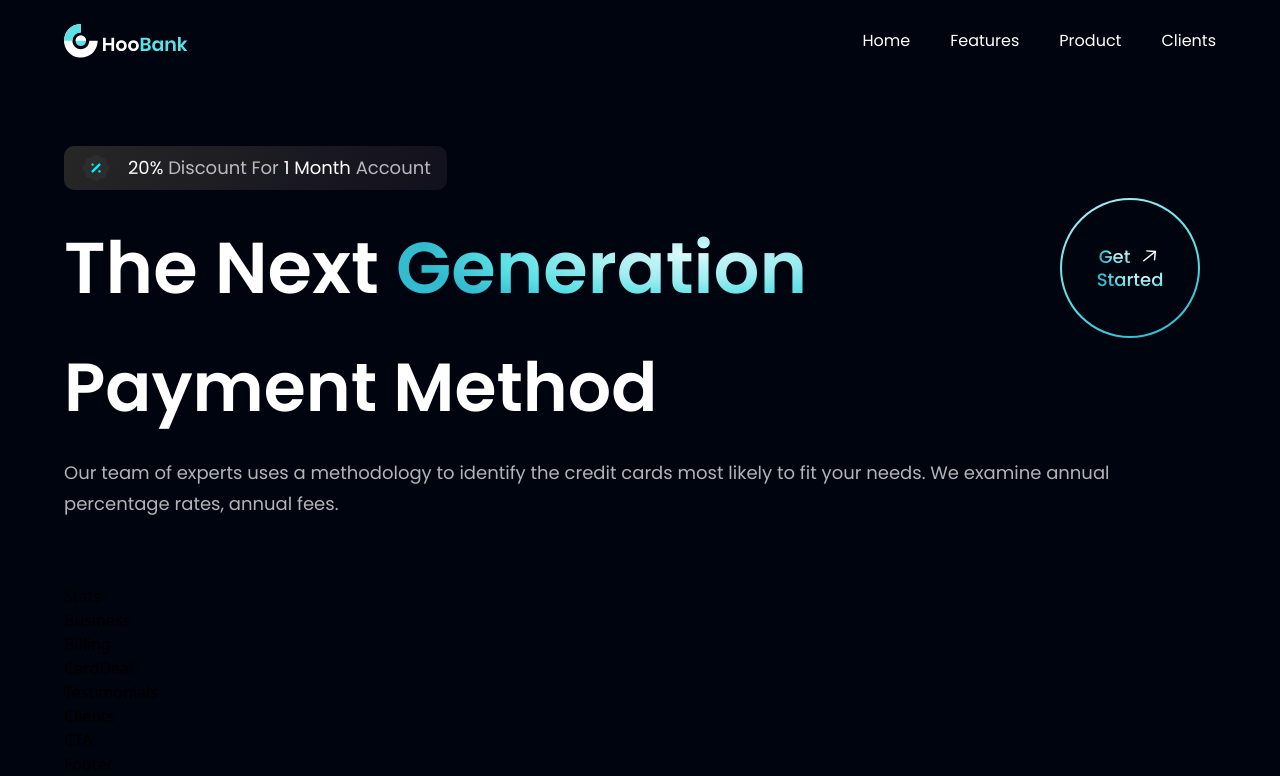
Repository: Carlito-Pedida/modern-app
Page: /
The author's editor kept a copy of each file at every save. The page is drawn from the files as they stood at one save, then again after the next save.
The browser window is 1280 px wide. The pictures show the whole page.
The project was rebuilt for these pictures with package versions that can differ from the ones it lists, and the page was loaded fresh each time. Also part of the build but not shown: vite.config.js.

Above is the page before, as saved 2024-11-16 08:06:01.

### src/App.jsx
import styles from "./style";
import {
  Navbar,
  Billing,
  CardDeal,
  Business,
  Clients,
  CTA,
  Stats,
  Footer,
  Testimonials,
  Hero,
} from "./components";

const App = () =>  {
  return (
    <div className="bg-primary w-full overflow-hidden">
      <div className={`${styles.paddingX} ${styles.flexCenter}`}>
        <div className={`${styles.boxWidth}`}>
          <Navbar/>
        </div>
      </div>

      <div className={`bg-primary ${styles.flexStart}`}>
        <div className={`${styles.boxWidth}`}>
          <Hero/>
        </div>
      </div>

      <div className={`bg-primary ${styles.paddingX} ${styles.flexStart}`}>
        <div className={`${styles.boxWidth}`}>
          <Stats/>
          <Business/>
          <Billing/>
          <CardDeal/>
          <Testimonials/>
          <Clients/>
          <CTA/>
          <Footer/>
        </div>
      </div>

    </div>
  )
}

export default App

### src/style.js
const styles = {
  boxWidth: "xl:max-w-[1280px] w-full",

  heading2: "font-poppins font-semibold xs:text-[48px] text-[40px] text-white xs:leading-[76.8px] leading-[66.8px] w-full",
  paragraph: "font-poppins font-normal text-dimWhite text-[18px] leading-[30.8px]",

  flexCenter: "flex justify-center items-center",
  flexStart: "flex justify-center items-start",

  paddingX: "sm:px-16 px-6",
  paddingY: "sm:py-16 py-6",
  padding: "sm:px-16 px-6 sm:py-12 py-4",

  marginX: "sm:mx-16 mx-6",
  marginY: "sm:my-16 my-6",
};

export const layout = {
  section: `flex md:flex-row flex-col ${styles.paddingY}`,
  sectionReverse: `flex md:flex-row flex-col-reverse ${styles.paddingY}`,

  sectionImgReverse: `flex-1 flex ${styles.flexCenter} md:mr-10 mr-0 md:mt-0 mt-10 relative`,
  sectionImg: `flex-1 flex ${styles.flexCenter} md:ml-10 ml-0 md:mt-0 mt-10 relative`,

  sectionInfo: `flex-1 ${styles.flexStart} flex-col`,
};

export default styles;

### src/components/index.js
import Navbar from "./Navbar";
import Billing from "./Billing";
import CardDeal from "./CardDeal";
import Business from "./Business";
import Clients from "./Clients";
import CTA from "./CTA";
import Stats from "./Stats";
import Footer from "./Footer";
import Testimonials from "./Testimonials";
import Hero from "./Hero";
import GetStarted from "./GetStarted";
export {
  Navbar,
  Billing,
  CardDeal,
  Business,
  Clients,
  CTA,
  Stats,
  Footer,
  Testimonials,
  Hero,
  GetStarted
};

### src/components/Navbar.jsx
import React from 'react';
import {useState} from "react";
import { close, logo, menu } from "../assets";
import {navLinks} from "../constants"

const Navbar = () => {
const [toggle, setToggle] = useState(false)

  return (
    <nav className="w-full flex py-6 justify-between items-center navbar">
      <img src={logo} alt='hoobank' className='w-[124px] h-[32px ]' />

      <ul className='list-none sm:flex hidden justify-end items-center flex-1'>
        { navLinks.map((nav, index) => (
          <li key={nav.id} className={`font-poppins font-normal cursor-pointer text-[16px] ${index === navLinks.length - 1 ? 'mr-0' : "mr-10"} text-white`}>
              <a href={`#${nav.id}`}>
                {nav.title}
              </a>
          </li>
        ))
        }
      </ul>

      <div className='sm:hidden flex flex-1 justify-end items-center'>
        <img src={toggle ? close : menu} alt='menu' className='w-[28px] h-[28px] object-contain' onClick={() => setToggle((prev) => !prev)} />

        <div className={`${toggle ? 'flex' : 'hidden'} p-6 bg-black-gradient absolute top-20 right-0 mx-4 my-2 min-w-[140px] rounded-xl sidebar`}>
        <ul className='list-none sm:flex flex-col justify-end items-center flex-1'>
        { navLinks.map((nav, index) => (
          <li key={nav.id} className={`font-poppins font-normal cursor-pointer text-[16px] ${index === navLinks.length - 1 ? 'mr-0' : "mb-4"} text-white`}>
              <a href={`#${nav.id}`}>
                {nav.title}
              </a>
          </li>
        ))
        }
      </ul>
        </div>
      </div>
    </nav>
  )
}

export default Navbar

### src/components/Hero.jsx
import styles from '../style'
import {discount, robot} from '../assets'
import GetStarted from './GetStarted'

const Hero = () => (
    <section id='home' className={`flex md:flex flex-col ${styles.paddingY}`}>
        <div className={`flex-1 ${styles.flexStart} flex-col xl:px-0 sm:px-16 px-6`}>
      <div className='flex flex-row items-center py-[6px] px-4 bg-discount-gradient rounded-[10px] mb-2'>
        <img src={discount} alt='discount'
        className='w-[32px] h-[32px]' />
          <p className={`${styles.paragraph} ml-4`}>
          <span className='text-white'>20%</span> Discount For {" "}
          <span className='text-white'>1 Month</span> Account
        </p>
      </div>

      <div className='flex flex-row justify-between items-center w-full'>
        <h1 className='flex-1 font-poppins font-semibold ss:text-[72px] text-[52px] text-white ss:leading-[100px]'>
          The Next <br className='"sm:block hidden'/>
          <span className='text-gradient'>Generation</span>
        </h1>

        <div className='ss:flex hidden md:mr-4 mr-0'>
          <GetStarted />
        </div>
      </div>

      <h1 className='font-poppins font-semibold ss:text-[68px] text-[52px] text-white ss:leading-[100px] w-full'>Payment Method</h1>

      <p className={`${styles.paragraph} max-w-470px mt-5`}>Our team of experts uses a methodology to identify the credit cards most likely to fit your needs.
      We examine annual percentage rates, annual fees.</p>
        </div>
    </section>
  )


export default Hero

### src/components/GetStarted.jsx
import styles from "../style"
import { arrowUp } from "../assets"

const GetStarted = () => (
    <div className={`${styles.flexCenter} w-[140px] h-[140px] rounded-full bg-blue-gradient p-[2px] cursor-pointer`}>
      <div className={`${styles.flexCenter} flex-col bg-primary w-[100%] h-[100%] rounded-full`} >
        <div className={`${styles.flexStart} flex-row`}>
          <p className="font-poppins font-medium text-[18px] leading-[23px] mr-2">
            <span className="text-gradient">Get</span>
          </p>
          <img src={arrowUp} alt="arrow" className="w-[23px] h-[23px] object-contain"/>
        </div>
        <p className="font-poppins font-medium text-[18px] leading-[23px]">
            <span className="text-gradient">Started</span>
          </p>
      </div>
    </div>
  )


export default GetStarted

### src/assets/index.js
import airbnb from "./airbnb.png";
import bill from "./bill.png";
import binance from "./binance.png";
import card from "./card.png";
import coinbase from "./coinbase.png";
import dropbox from "./dropbox.png";
import logo from "./logo.svg";
import quotes from "./quotes.svg";
import robot from "./robot.png";
import send from "./Send.svg";
import shield from "./Shield.svg";
import star from "./Star.svg";
import menu from "./menu.svg";
import close from "./close.svg";
import google from "./google.svg";
import apple from "./apple.svg";
import arrowUp from "./arrow-up.svg";
import discount from "./Discount.svg";
import facebook from "./facebook.svg";
import instagram from "./instagram.svg";
import linkedin from "./linkedin.svg";
import twitter from "./twitter.svg";
import people01 from "./people01.png";
import people02 from "./people02.png";
import people03 from "./people03.png";

export {
  airbnb,
  bill,
  binance,
  card,
  coinbase,
  dropbox,
  logo,
  quotes,
  robot,
  send,
  shield,
  star,
  menu,
  close,
  google,
  apple,
  arrowUp,
  discount,
  facebook,
  instagram,
  linkedin,
  twitter,
  people01,
  people02,
  people03,
};

### src/constants/index.js
import { people01, people02, people03, facebook, instagram, linkedin, twitter, airbnb, binance, coinbase, dropbox, send, shield, star  } from "../assets";

export const navLinks = [
  {
    id: "home",
    title: "Home",
  },
  {
    id: "features",
    title: "Features",
  },
  {
    id: "product",
    title: "Product",
  },
  {
    id: "clients",
    title: "Clients",
  },
];

export const features = [
  {
    id: "feature-1",
    icon: star,
    title: "Rewards",
    content:
      "The best credit cards offer some tantalizing combinations of promotions and prizes",
  },
  {
    id: "feature-2",
    icon: shield,
    title: "100% Secured",
    content:
      "We take proactive steps make sure your information and transactions are secure.",
  },
  {
    id: "feature-3",
    icon: send,
    title: "Balance Transfer",
    content:
      "A balance transfer credit card can save you a lot of money in interest charges.",
  },
];

export const feedback = [
  {
    id: "feedback-1",
    content:
      "Money is only a tool. It will take you wherever you wish, but it will not replace you as the driver.",
    name: "Herman Jensen",
    title: "Founder & Leader",
    img: people01,
  },
  {
    id: "feedback-2",
    content:
      "Money makes your life easier. If you're lucky to have it, you're lucky.",
    name: "Steve Mark",
    title: "Founder & Leader",
    img: people02,
  },
  {
    id: "feedback-3",
    content:
      "It is usually people in the money business, finance, and international trade that are really rich.",
    name: "Kenn Gallagher",
    title: "Founder & Leader",
    img: people03,
  },
];

export const stats = [
  {
    id: "stats-1",
    title: "User Active",
    value: "3800+",
  },
  {
    id: "stats-2",
    title: "Trusted by Company",
    value: "230+",
  },
  {
    id: "stats-3",
    title: "Transaction",
    value: "$230M+",
  },
];

export const footerLinks = [
  {
    title: "Useful Links",
    links: [
      {
        name: "Content",
        link: "https://www.hoobank.com/content/",
      },
      {
        name: "How it Works",
        link: "https://www.hoobank.com/how-it-works/",
      },
      {
        name: "Create",
        link: "https://www.hoobank.com/create/",
      },
      {
        name: "Explore",
        link: "https://www.hoobank.com/explore/",
      },
      {
        name: "Terms & Services",
        link: "https://www.hoobank.com/terms-and-services/",
      },
    ],
  },
  {
    title: "Community",
    links: [
      {
        name: "Help Center",
        link: "https://www.hoobank.com/help-center/",
      },
      {
        name: "Partners",
        link: "https://www.hoobank.com/partners/",
      },
      {
        name: "Suggestions",
        link: "https://www.hoobank.com/suggestions/",
      },
      {
        name: "Blog",
        link: "https://www.hoobank.com/blog/",
      },
      {
        name: "Newsletters",
        link: "https://www.hoobank.com/newsletters/",
      },
    ],
  },
  {
    title: "Partner",
    links: [
      {
        name: "Our Partner",
        link: "https://www.hoobank.com/our-partner/",
      },
      {
        name: "Become a Partner",
        link: "https://www.hoobank.com/become-a-partner/",
      },
    ],
  },
];

export const socialMedia = [
  {
    id: "social-media-1",
    icon: instagram,
    link: "https://www.instagram.com/",
  },
  {
    id: "social-media-2",
    icon: facebook,
    link: "https://www.facebook.com/",
  },
  {
    id: "social-media-3",
    icon: twitter,
    link: "https://www.twitter.com/",
  },
  {
    id: "social-media-4",
    icon: linkedin,
    link: "https://www.linkedin.com/",
  },
];

export const clients = [
  {
    id: "client-1",
    logo: airbnb,
  },
  {
    id: "client-2",
    logo: binance,
  },
  {
    id: "client-3",
    logo: coinbase,
  },
  {
    id: "client-4",
    logo: dropbox,
  },
];

### tailwind.config.js
/** @type {import('tailwindcss').Config} */
module.exports = {
  content: ["./index.html", "./src/**/*.{js,jsx}"],
  mode: "jit",
  theme: {
    extend: {
      colors: {
        primary: "#00040f",
        secondary: "#00f6ff",
        dimWhite: "rgba(255, 255, 255, 0.7)",
        dimBlue: "rgba(9, 151, 124, 0.1)"
      },
      fontFamily: {
        poppins: ["Poppins", "sans-serif"]
      }
    },
    screens: {
      xs: "480px",
      ss: "620px",
      sm: "768px",
      md: "1060px",
      lg: "1200px",
      xl: "1700px"
    }
  },
  plugins: []
};

Loaded but not shown: index.html (common file); src/main.jsx (common file); src/index.css (common file); src/components/Billing.jsx (common file); src/components/CardDeal.jsx (common file); src/components/Business.jsx (common file); src/components/Clients.jsx (common file); src/components/CTA.jsx (common file); src/components/Stats.jsx (common file); src/components/Footer.jsx (common file); src/components/Testimonials.jsx (common file)

After the next save:
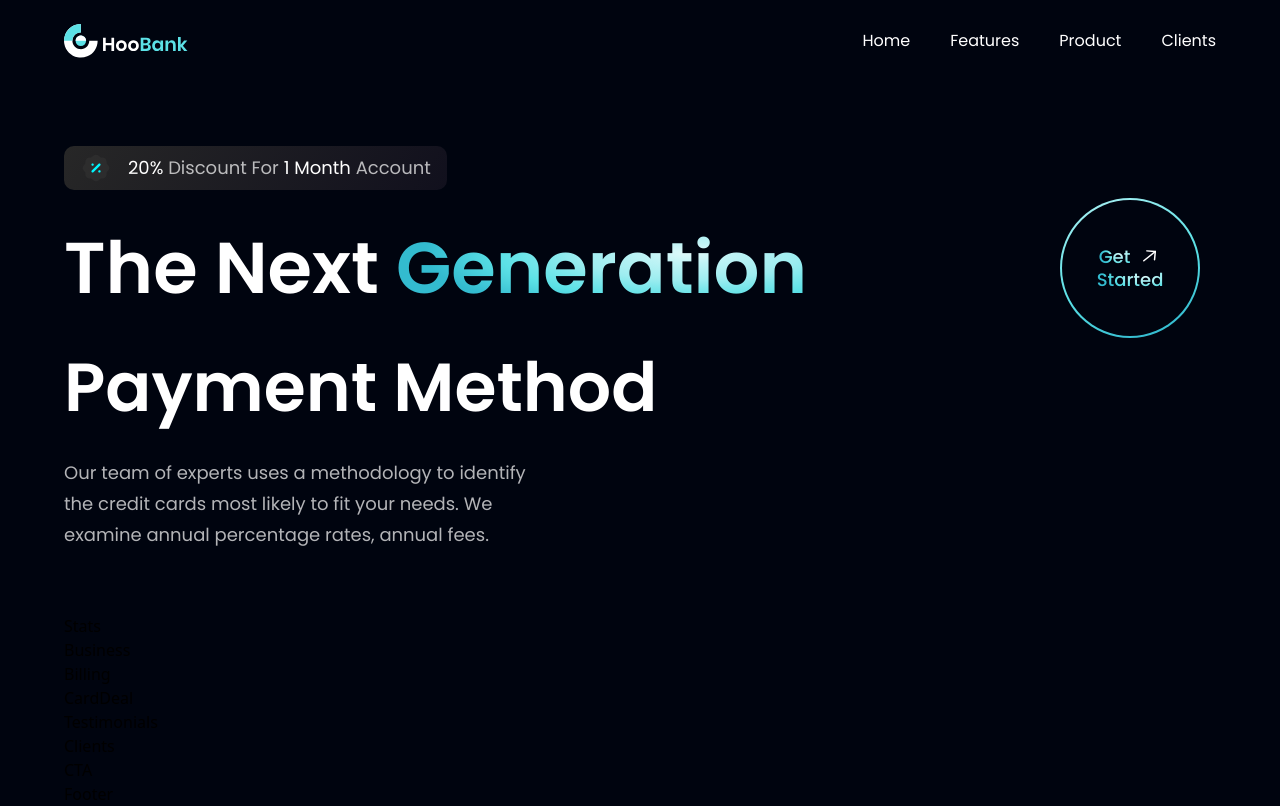
Saved 78 s later.
--- a/src/components/Hero.jsx
+++ b/src/components/Hero.jsx
@@ -27,7 +27,7 @@
 
       <h1 className='font-poppins font-semibold ss:text-[68px] text-[52px] text-white ss:leading-[100px] w-full'>Payment Method</h1>
 
-      <p className={`${styles.paragraph} max-w-470px mt-5`}>Our team of experts uses a methodology to identify the credit cards most likely to fit your needs.
+      <p className={`${styles.paragraph} max-w-[470px] mt-5`}>Our team of experts uses a methodology to identify the credit cards most likely to fit your needs.
       We examine annual percentage rates, annual fees.</p>
         </div>
     </section>
